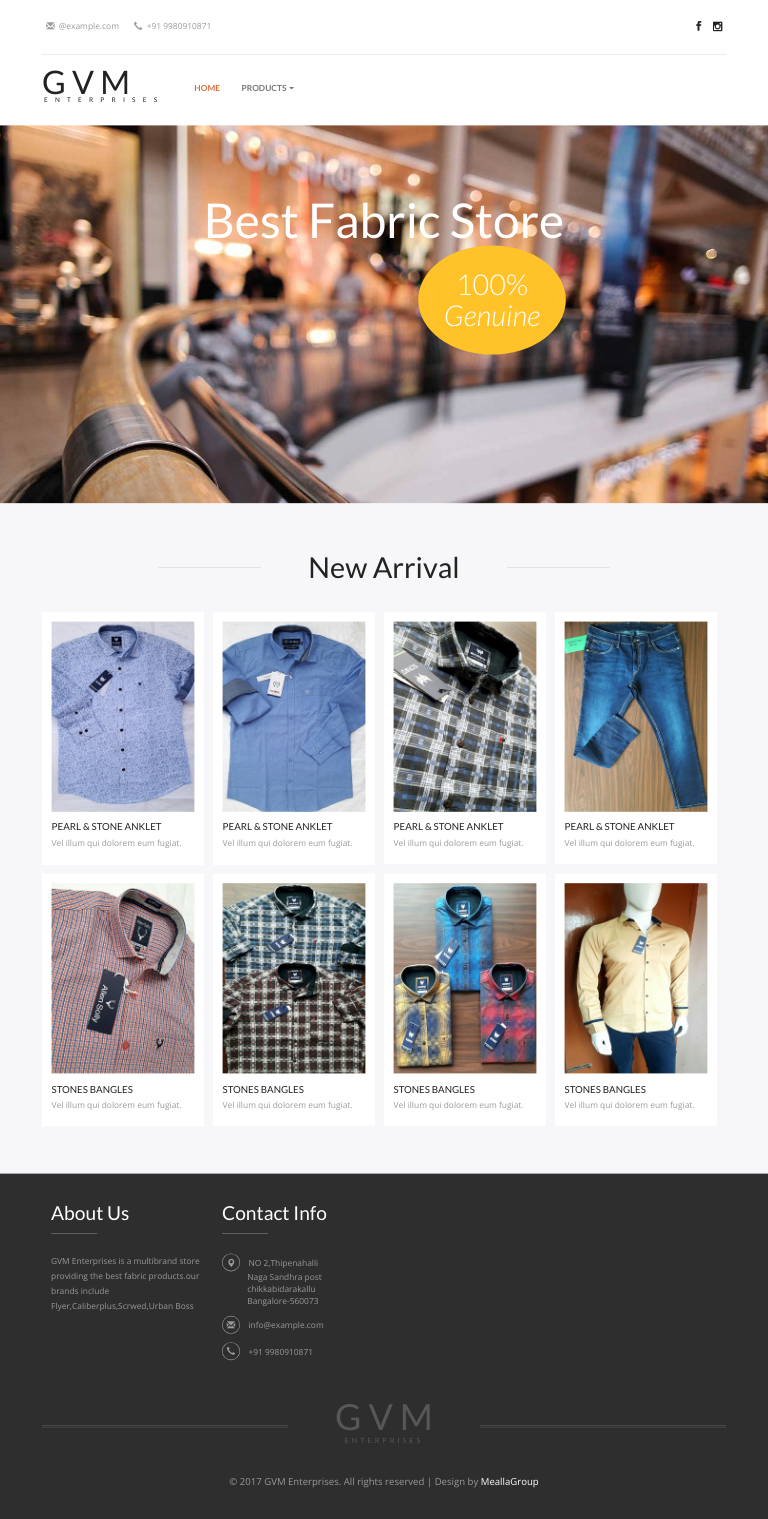
Repository: vinodmealla/flyerworkspace
Page: com.gvm.websample1/src/main/webapp/WEB-INF/index.html
These files come from the project's save history. The page is drawn as it stood at one moment and after the next save; the edit follows.
The browser window is 1280 px wide. The pictures show the whole page, at 60% of full size.

Above is the page before, as saved 2017-10-04 04:50:07.
Console error: SyntaxError: Unexpected token '('

### com.gvm.websample1/src/main/webapp/WEB-INF/index.html
<!--
Author: W3layouts
Author URL: http://w3layouts.com
License: Creative Commons Attribution 3.0 Unported
License URL: http://creativecommons.org/licenses/by/3.0/
-->
<!DOCTYPE html>
<html>
<head>
<title>Best Store a Ecommerce Online Shopping Category Flat Bootstrap Responsive Website Template | Home :: w3layouts</title>
<!-- for-mobile-apps -->
<meta name="viewport" content="width=device-width, initial-scale=1">
<meta http-equiv="Content-Type" content="text/html; charset=utf-8" />
<meta name="keywords" content="Best Store Responsive web template, Bootstrap Web Templates, Flat Web Templates, Android Compatible web template,
Smartphone Compatible web template, free webdesigns for Nokia, Samsung, LG, SonyEricsson, Motorola web design" />
<script type="application/x-javascript"> addEventListener("load", function() { setTimeout(hideURLbar, 0); }, false);
		function hideURLbar(){ window.scrollTo(0,1); } </script>
<!-- //for-mobile-apps -->
<link href="css/bootstrap.css" rel="stylesheet" type="text/css" media="all" />
<link href="css/style.css" rel="stylesheet" type="text/css" media="all" />
<!-- js -->
<script src="js/jquery.min.js"></script>
<!-- //js -->
<!-- cart -->
<script src="js/simpleCart.min.js"></script>
<!-- cart -->
<!-- for bootstrap working -->
<script type="text/javascript" src="js/bootstrap-3.1.1.min.js"></script>
<!-- //for bootstrap working -->
<link href='//fonts.googleapis.com/css?family=Open+Sans:400,300,300italic,400italic,600,600italic,700,700italic,800,800italic' rel='stylesheet' type='text/css'>
<link href='//fonts.googleapis.com/css?family=Lato:400,100,100italic,300,300italic,400italic,700,700italic,900,900italic' rel='stylesheet' type='text/css'>
<!-- timer -->
<link rel="stylesheet" href="css/jquery.countdown.css" />
<!-- //timer -->
<!-- animation-effect -->
<link href="css/animate.min.css" rel="stylesheet">
<script src="js/wow.min.js"></script>
<script>
 new WOW().init();
</script>
<!-- //animation-effect -->
</head>

<body>
<!-- header -->
	<div class="header">
		<div class="container">
			<div class="header-grid">
				<div class="header-grid-left animated wow slideInLeft" data-wow-delay=".5s">
					<ul>
						<li><i class="glyphicon glyphicon-envelope" aria-hidden="true"></i><a href="mailto:info@example.com">@example.com</a></li>
						<li><i class="glyphicon glyphicon-earphone" aria-hidden="true"></i>+91 9980910871</li>
					</ul>
				</div>
				<div class="header-grid-right animated wow slideInRight" data-wow-delay=".5s">
					<ul class="social-icons">
						<li><a href="#" class="facebook"></a></li>
						<li><a href="#" class="instagram"></a></li>
					</ul>
				</div>
				<div class="clearfix"> </div>
			</div>
			<div class="logo-nav">
				<div class="logo-nav-left animated wow zoomIn" data-wow-delay=".5s">
					<h1><a href="index.html">G V M<span>Enterprises</span></a></h1>
				</div>
				<div class="logo-nav-left1">
					<nav class="navbar navbar-default">
					<!-- Brand and toggle get grouped for better mobile display -->
					<div class="navbar-header nav_2">
						<button type="button" class="navbar-toggle collapsed navbar-toggle1" data-toggle="collapse" data-target="#bs-megadropdown-tabs">
							<span class="sr-only">Toggle navigation</span>
							<span class="icon-bar"></span>
							<span class="icon-bar"></span>
							<span class="icon-bar"></span>
						</button>
					</div>
					<div class="collapse navbar-collapse" id="bs-megadropdown-tabs">
						<ul class="nav navbar-nav">
							<li class="active"><a href="index.html" class="act">Home</a></li>
							<!-- Mega Menu -->
							<li class="dropdown">
								<a href="#" class="dropdown-toggle" data-toggle="dropdown">Products <b class="caret"></b></a>
								<ul class="dropdown-menu multi-column columns-3">
									<div class="row">
										<div class="col-sm-4">
											<ul class="multi-column-dropdown">
												<h6>Men's Wear</h6>
												<li><a href="products.html">Clothing</a></li>

											</ul>
										</div>
									<!-- 	<div class="col-sm-4">
											<ul class="multi-column-dropdown">
												<h6>Women's Wear</h6>
												<li><a href="products.html">Clothing</a></li>
												<li><a href="products.html">Wallets,Bags</a></li>
												<li><a href="products.html">Footwear</a></li>
												<li><a href="products.html">Watches</a></li>
												<li><a href="products.html">Accessories</a></li>
												<li><a href="products.html">Jewellery</a></li>
												<li><a href="products.html">Beauty & Grooming</a></li>
											</ul>
										</div> -->
									<!-- 	<div class="col-sm-4">
											<ul class="multi-column-dropdown">
												<h6>Kid's Wear</h6>
												<li><a href="products.html">Kids Home Fashion</a></li>
												<li><a href="products.html">Boy's Clothing</a></li>
												<li><a href="products.html">Girl's Clothing</a></li>
												<li><a href="products.html">Shoes</a></li>
												<li><a href="products.html">Brand Stores</a></li>
											</ul>
										</div> -->
										<div class="clearfix"></div>
									</div>
								</ul>
							</li>
						<!-- 	<li class="dropdown">
								<a href="#" class="dropdown-toggle" data-toggle="dropdown">Furniture <b class="caret"></b></a>
								<ul class="dropdown-menu multi-column columns-3">
									<div class="row">
										<div class="col-sm-4">
											<ul class="multi-column-dropdown">
												<h6>Home Collection</h6>
												<li><a href="furniture.html">Cookware</a></li>
												<li><a href="furniture.html">Sofas</a></li>
												<li><a href="furniture.html">Dining Tables</a></li>
												<li><a href="furniture.html">Shoe Racks</a></li>
												<li><a href="furniture.html">Home Decor</a></li>
											</ul>
										</div>
										<div class="col-sm-4">
											<ul class="multi-column-dropdown">
												<h6>Office Collection</h6>
												<li><a href="furniture.html">Carpets</a></li>
												<li><a href="furniture.html">Tables</a></li>
												<li><a href="furniture.html">Sofas</a></li>
												<li><a href="furniture.html">Shoe Racks</a></li>
												<li><a href="furniture.html">Sockets</a></li>
												<li><a href="furniture.html">Electrical Machines</a></li>
											</ul>
										</div>
										<div class="col-sm-4">
											<ul class="multi-column-dropdown">
												<h6>Decorations</h6>
												<li><a href="furniture.html">Toys</a></li>
												<li><a href="furniture.html">Wall Clock</a></li>
												<li><a href="furniture.html">Lighting</a></li>
												<li><a href="furniture.html">Top Brands</a></li>
											</ul>
										</div>
										<div class="clearfix"></div>
									</div>
								</ul>
							</li> -->
							<!-- <li><a href="short-codes.html">Short Codes</a></li>
							<li><a href="mail.html">Mail Us</a></li> -->
						</ul>
					</div>
					</nav>
				</div>
				<div class="logo-nav-right">
					<div class="search-box">
					<!-- 	<div id="sb-search" class="sb-search">
							<form>
								<input class="sb-search-input" placeholder="Enter your search term..." type="search" id="search">
								<input class="sb-search-submit" type="submit" value="">
								<span class="sb-icon-search"> </span>
							</form>
						</div> -->
					</div>
						<!-- search-scripts -->
						<script src="js/classie.js"></script>
						<!-- <script src="js/uisearch.js"></script>
							<script>
								new UISearch( document.getElementById( 'sb-search' ) );
							</script> -->
						<!-- //search-scripts -->
				</div>
			<!-- 	<div class="header-right">
					<div class="cart box_1">
						<a href="checkout.html">
							<h3> <div class="total">
								<span class="simpleCart_total"></span> (<span id="simpleCart_quantity" class="simpleCart_quantity"></span> items)</div>
								<img src="images/bag.png" alt="" />
							</h3>
						</a>
						<p><a href="javascript:;" class="simpleCart_empty">Empty Cart</a></p>
						<div class="clearfix"> </div>
					</div>
				</div> -->
				<div class="clearfix"> </div>
			</div>
		</div>
	</div>
<!-- //header -->
<!-- banner -->
	<div class="banner">
		<div class="container">
			<div class="banner-info animated wow zoomIn" data-wow-delay=".5s">
				<h3>Best Fabric Store</h3>
				<h4> <span>100% <i>Genuine</i></span></h4>
				<div class="wmuSlider example1">
					<div class="wmuSliderWrapper">
						<article style="position: absolute; width: 100%; opacity: 0;">
							<div class="banner-wrap">
								<div class="banner-info1">
									<p> Causual Shirts  </p>
								</div>
							</div>
						</article>
						<article style="position: absolute; width: 100%; opacity: 0;">
							<div class="banner-wrap">
								<div class="banner-info1">
									<p>Formal Shirts</p>
								</div>
							</div>
						</article>
						<article style="position: absolute; width: 100%; opacity: 0;">
							<div class="banner-wrap">
								<div class="banner-info1">
									<p>All Models Of Jeans</p>
								</div>
							</div>
						</article>
					</div>
				</div>
					<script src="js/jquery.wmuSlider.js"></script>
					<script>
						Rs.('.example1').wmuSlider();
					</script>
			</div>
		</div>
	</div>
<!-- //banner -->
<!-- banner-bottom -->

<!-- //banner-bottom -->
<!-- collections -->
	<div class="new-collections">
		<div class="container">
			<h3 class="animated wow zoomIn" data-wow-delay=".5s">New Arrival</h3>
			<div class="new-collections-grids">
		<div class="col-md-3 new-collections-grid">
					<div class="new-collections-grid1 animated wow slideInUp" data-wow-delay=".5s">
						<div class="new-collections-grid1-image">
							<a href="single.html?img=flyer1.jpg" class="product-image"><img src="images/flyer1.jpg" alt=" " class="img-responsive" /></a>
							<div class="new-collections-grid1-image-pos">
								<a href="single.html?img=flyer1.jpg">Quick View</a>
							</div>
							<div class="new-collections-grid1-right">
								<div class="rating">
									<div class="rating-left">
										<img src="images/2.png" alt=" " class="img-responsive" />
									</div>
									<div class="rating-left">
										<img src="images/2.png" alt=" " class="img-responsive" />
									</div>
									<div class="rating-left">
										<img src="images/2.png" alt=" " class="img-responsive" />
									</div>
									<div class="rating-left">
										<img src="images/1.png" alt=" " class="img-responsive" />
									</div>
									<div class="rating-left">
										<img src="images/1.png" alt=" " class="img-responsive" />
									</div>
									<div class="clearfix"> </div>
								</div>
							</div>
						</div>
						<h4><a href="single.html">Pearl & Stone Anklet</a></h4>
						<p>Vel illum qui dolorem eum fugiat.</p>
						<!-- <div class="new-collections-grid1-left simpleCart_shelfItem">
							<p><i>Rs.180</i> <span class="item_price">Rs.120</span></p>
						</div> -->
					</div>
					<div class="new-collections-grid1 animated wow slideInUp" data-wow-delay=".5s">
						<div class="new-collections-grid1-image">
							<a href="single.html?img=flyer2.jpg" class="product-image"><img src="images/flyer2.jpg" alt=" " class="img-responsive" /></a>
							<div class="new-collections-grid1-image-pos">
								<a href="single.html?img=flyer2.jpg">Quick View</a>
							</div>
							<div class="new-collections-grid1-right">
								<div class="rating">
									<div class="rating-left">
										<img src="images/2.png" alt=" " class="img-responsive" />
									</div>
									<div class="rating-left">
										<img src="images/2.png" alt=" " class="img-responsive" />
									</div>
									<div class="rating-left">
										<img src="images/2.png" alt=" " class="img-responsive" />
									</div>
									<div class="rating-left">
										<img src="images/2.png" alt=" " class="img-responsive" />
									</div>
									<div class="rating-left">
										<img src="images/1.png" alt=" " class="img-responsive" />
									</div>
									<div class="clearfix"> </div>
								</div>
							</div>
						</div>
						<h4><a href="single.html">Stones Bangles</a></h4>
						<p>Vel illum qui dolorem eum fugiat.</p>
						<!-- <div class="new-collections-grid1-left simpleCart_shelfItem">
							<p><i>Rs.340</i> <span class="item_price">Rs.257</span></p>
						</div> -->
					</div>
				</div>

				<div class="col-md-3 new-collections-grid">
					<div class="new-collections-grid1 animated wow slideInUp" data-wow-delay=".5s">
						<div class="new-collections-grid1-image">
							<a href="single.html?img=flyer3.jpg" class="product-image"><img src="images/flyer3.jpg" alt=" " class="img-responsive" /></a>
							<div class="new-collections-grid1-image-pos">
								<a href="single.html?img=flyer3.jpg">Quick View</a>
							</div>
							<div class="new-collections-grid1-right">
								<div class="rating">
									<div class="rating-left">
										<img src="images/2.png" alt=" " class="img-responsive" />
									</div>
									<div class="rating-left">
										<img src="images/2.png" alt=" " class="img-responsive" />
									</div>
									<div class="rating-left">
										<img src="images/2.png" alt=" " class="img-responsive" />
									</div>
									<div class="rating-left">
										<img src="images/1.png" alt=" " class="img-responsive" />
									</div>
									<div class="rating-left">
										<img src="images/1.png" alt=" " class="img-responsive" />
									</div>
									<div class="clearfix"> </div>
								</div>
							</div>
						</div>
						<h4><a href="single.html">Pearl & Stone Anklet</a></h4>
						<p>Vel illum qui dolorem eum fugiat.</p>
						<!-- <div class="new-collections-grid1-left simpleCart_shelfItem">
							<p><i>Rs.180</i> <span class="item_price">Rs.120</span></p>
						</div> -->
					</div>
					<div class="new-collections-grid1 animated wow slideInUp" data-wow-delay=".5s">
						<div class="new-collections-grid1-image">
							<a href="single.html?img=flyer4.jpg" class="product-image"><img src="images/flyer4.jpg" alt=" " class="img-responsive" /></a>
							<div class="new-collections-grid1-image-pos">
								<a href="single.html?img=flyer4.jpg">Quick View</a>
							</div>
							<div class="new-collections-grid1-right">
								<div class="rating">
									<div class="rating-left">
										<img src="images/2.png" alt=" " class="img-responsive" />
									</div>
									<div class="rating-left">
										<img src="images/2.png" alt=" " class="img-responsive" />
									</div>
									<div class="rating-left">
										<img src="images/2.png" alt=" " class="img-responsive" />
									</div>
									<div class="rating-left">
										<img src="images/2.png" alt=" " class="img-responsive" />
									</div>
									<div class="rating-left">
										<img src="images/1.png" alt=" " class="img-responsive" />
									</div>
									<div class="clearfix"> </div>
								</div>
							</div>
						</div>
						<h4><a href="single.html">Stones Bangles</a></h4>
						<p>Vel illum qui dolorem eum fugiat.</p>
						<!-- <div class="new-collections-grid1-left simpleCart_shelfItem">
							<p><i>Rs.340</i> <span class="item_price">Rs.257</span></p>
						</div> -->
					</div>
				</div>
				<div class="col-md-3 new-collections-grid">
					<div class="new-collections-grid1 animated wow slideInUp" data-wow-delay=".5s">
						<div class="new-collections-grid1-image">
							<a href="single.html?img=flyer5.jpg" class="product-image"><img src="images/flyer5.jpg" alt=" " class="img-responsive" /></a>
							<div class="new-collections-grid1-image-pos">
								<a href="single.html?img=flyer5.jpg">Quick View</a>
							</div>
							<div class="new-collections-grid1-right">
								<div class="rating">
									<div class="rating-left">
										<img src="images/2.png" alt=" " class="img-responsive" />
									</div>
									<div class="rating-left">
										<img src="images/2.png" alt=" " class="img-responsive" />
									</div>
									<div class="rating-left">
										<img src="images/2.png" alt=" " class="img-responsive" />
									</div>
									<div class="rating-left">
										<img src="images/1.png" alt=" " class="img-responsive" />
									</div>
									<div class="rating-left">
										<img src="images/1.png" alt=" " class="img-responsive" />
									</div>
									<div class="clearfix"> </div>
								</div>
							</div>
						</div>
						<h4><a href="single.html">Pearl & Stone Anklet</a></h4>
						<p>Vel illum qui dolorem eum fugiat.</p>
						<!-- <div class="new-collections-grid1-left simpleCart_shelfItem">
							<p><i>Rs.180</i> <span class="item_price">Rs.120</span></p>
						</div> -->
					</div>
					<div class="new-collections-grid1 animated wow slideInUp" data-wow-delay=".5s">
						<div class="new-collections-grid1-image">
							<a href="single.html?img=flyer6.jpg" class="product-image"><img src="images/flyer6.jpg" alt=" " class="img-responsive" /></a>
							<div class="new-collections-grid1-image-pos">
								<a href="single.html?img=flyer6.jpg">Quick View</a>
							</div>
							<div class="new-collections-grid1-right">
								<div class="rating">
									<div class="rating-left">
										<img src="images/2.png" alt=" " class="img-responsive" />
									</div>
									<div class="rating-left">
										<img src="images/2.png" alt=" " class="img-responsive" />
									</div>
									<div class="rating-left">
										<img src="images/2.png" alt=" " class="img-responsive" />
									</div>
									<div class="rating-left">
										<img src="images/2.png" alt=" " class="img-responsive" />
									</div>
									<div class="rating-left">
										<img src="images/1.png" alt=" " class="img-responsive" />
									</div>
									<div class="clearfix"> </div>
								</div>
							</div>
						</div>
						<h4><a href="single.html">Stones Bangles</a></h4>
						<p>Vel illum qui dolorem eum fugiat.</p>
						<!-- <div class="new-collections-grid1-left simpleCart_shelfItem">
							<p><i>Rs.340</i> <span class="item_price">Rs.257</span></p>
						</div> -->
					</div>
				</div>
				<div class="col-md-3 new-collections-grid">
					<div class="new-collections-grid1 animated wow slideInUp" data-wow-delay=".5s">
						<div class="new-collections-grid1-image">
							<a href="single.html?img=flyer7.jpg" class="product-image"><img src="images/flyer7.jpg" alt=" " class="img-responsive" /></a>
							<div class="new-collections-grid1-image-pos">
								<a href="single.html?img=flyer7.jpg">Quick View</a>
							</div>
							<div class="new-collections-grid1-right">
								<div class="rating">
									<div class="rating-left">
										<img src="images/2.png" alt=" " class="img-responsive" />
									</div>
									<div class="rating-left">
										<img src="images/2.png" alt=" " class="img-responsive" />
									</div>
									<div class="rating-left">
										<img src="images/2.png" alt=" " class="img-responsive" />
									</div>
									<div class="rating-left">
										<img src="images/1.png" alt=" " class="img-responsive" />
									</div>
									<div class="rating-left">
										<img src="images/1.png" alt=" " class="img-responsive" />
									</div>
									<div class="clearfix"> </div>
								</div>
							</div>
						</div>
						<h4><a href="single.html">Pearl & Stone Anklet</a></h4>
						<p>Vel illum qui dolorem eum fugiat.</p>
						<!-- <div class="new-collections-grid1-left simpleCart_shelfItem">
							<p><i>Rs.180</i> <span class="item_price">Rs.120</span></p>
						</div> -->
					</div>
					<div class="new-collections-grid1 animated wow slideInUp" data-wow-delay=".5s">
						<div class="new-collections-grid1-image">
							<a href="single.html?img=flyer8.jpg" class="product-image"><img src="images/flyer8.jpg" alt=" " class="img-responsive" /></a>
							<div class="new-collections-grid1-image-pos">
								<a href="single.html?img=flyer8.jpg">Quick View</a>
							</div>
							<div class="new-collections-grid1-right">
								<div class="rating">
									<div class="rating-left">
										<img src="images/2.png" alt=" " class="img-responsive" />
									</div>
									<div class="rating-left">
										<img src="images/2.png" alt=" " class="img-responsive" />
									</div>
									<div class="rating-left">
										<img src="images/2.png" alt=" " class="img-responsive" />
									</div>
									<div class="rating-left">
										<img src="images/2.png" alt=" " class="img-responsive" />
									</div>
									<div class="rating-left">
										<img src="images/1.png" alt=" " class="img-responsive" />
									</div>
									<div class="clearfix"> </div>
								</div>
							</div>
						</div>
						<h4><a href="single.html">Stones Bangles</a></h4>
						<p>Vel illum qui dolorem eum fugiat.</p>
						<!-- <div class="new-collections-grid1-left simpleCart_shelfItem">
							<p><i>Rs.340</i> <span class="item_price">Rs.257</span></p>
						</div> -->
					</div>
				</div>
				<div class="clearfix"> </div>
			</div>
		</div>
	</div>
<!-- //collections -->
<!-- new-timer -->


<!-- //collections-bottom -->
<!-- footer -->
	<div class="footer">
		<div class="container">
			<div class="footer-grids">
				<div class="col-md-3 footer-grid animated wow slideInLeft" data-wow-delay=".5s">
					<h3>About Us</h3>
					<p>GVM Enterprises is a multibrand store providing the best fabric products.our brands include Flyer,Caliberplus,Scrwed,Urban Boss</span></p>
				</div>
				<div class="col-md-3 footer-grid animated wow slideInLeft" data-wow-delay=".6s">
					<h3>Contact Info</h3>
					<ul>
						<li><i class="glyphicon glyphicon-map-marker" aria-hidden="true"></i>NO 2,Thipenahalli</span><span>Naga Sandhra post</span><span>chikkabidarakallu </span><span>Bangalore-560073</span></li>
						<li><i class="glyphicon glyphicon-envelope" aria-hidden="true"></i><a href="mailto:info@example.com">info@example.com</a></li>
						<li><i class="glyphicon glyphicon-earphone" aria-hidden="true"></i>+91 9980910871</li>
					</ul>
				</div>


				<div class="clearfix"> </div>
			</div>
			<div class="footer-logo animated wow slideInUp" data-wow-delay=".5s">
				<h2><a href="index.html">G V M <span>Enterprises</span></a></h2>
			</div>
			<div class="copy-right animated wow slideInUp" data-wow-delay=".5s">
				<p>&copy 2017 GVM Enterprises. All rights reserved | Design by <a href="http://w3layouts.com/">MeallaGroup</a></p>
			</div>
		</div>
	</div>
<!-- //footer -->
</body>
</html>

Loaded but not shown: com.gvm.websample1/src/main/webapp/WEB-INF/css/bootstrap.css (library); com.gvm.websample1/src/main/webapp/WEB-INF/js/jquery.min.js (library); com.gvm.websample1/src/main/webapp/WEB-INF/js/simpleCart.min.js (library); com.gvm.websample1/src/main/webapp/WEB-INF/js/bootstrap-3.1.1.min.js (library); com.gvm.websample1/src/main/webapp/WEB-INF/css/jquery.countdown.css (common file); com.gvm.websample1/src/main/webapp/WEB-INF/css/animate.min.css (library); com.gvm.websample1/src/main/webapp/WEB-INF/js/wow.min.js (library); com.gvm.websample1/src/main/webapp/WEB-INF/js/classie.js (common file); com.gvm.websample1/src/main/webapp/WEB-INF/js/jquery.wmuSlider.js (library); com.gvm.websample1/src/main/webapp/WEB-INF/css/style.css (3839 lines, source omitted)

After the next save:
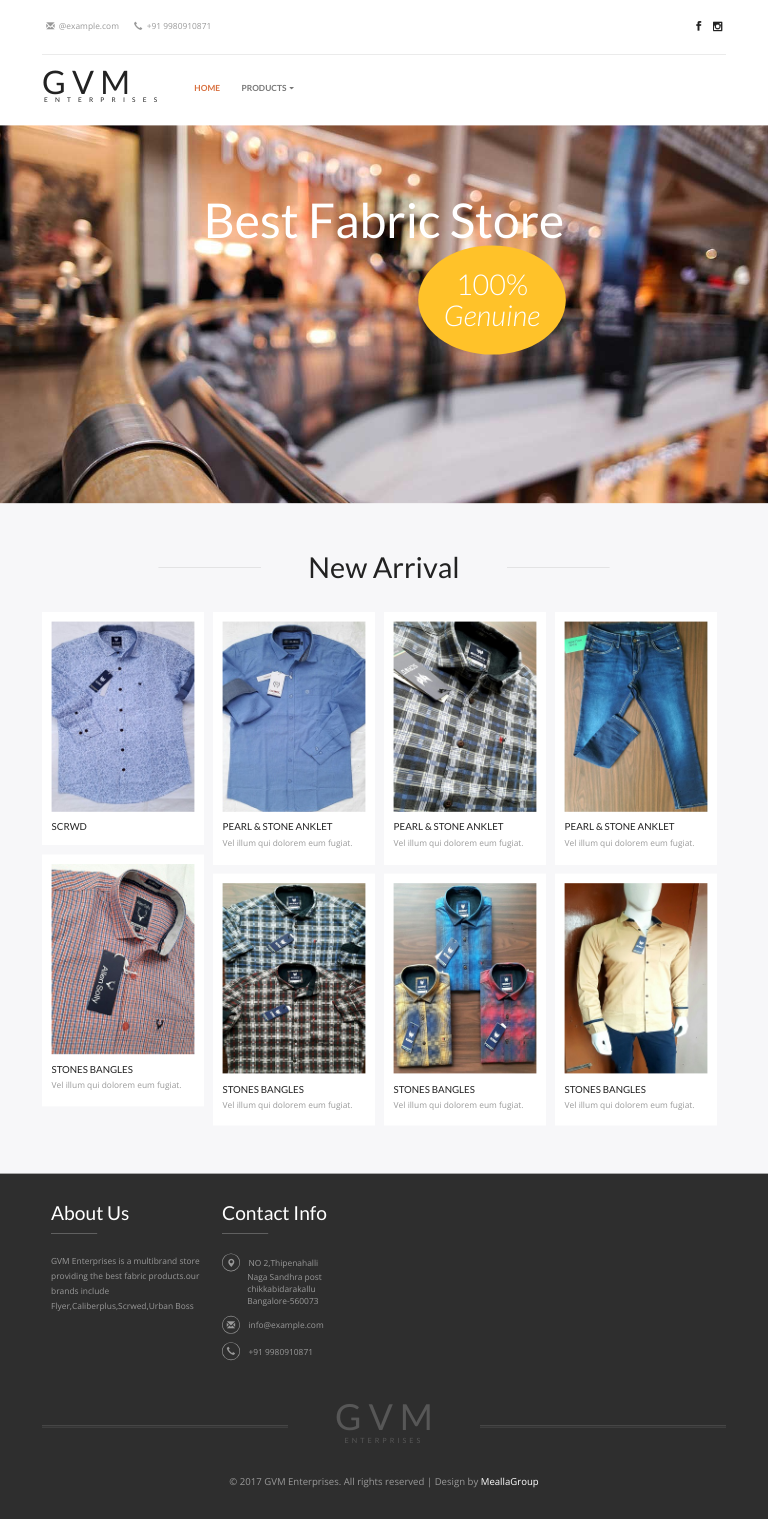
Saved 87 s later.
--- a/com.gvm.websample1/src/main/webapp/WEB-INF/index.html
+++ b/com.gvm.websample1/src/main/webapp/WEB-INF/index.html
@@ -270,8 +270,8 @@
 								</div>
 							</div>
 						</div>
-						<h4><a href="single.html">Pearl & Stone Anklet</a></h4>
-						<p>Vel illum qui dolorem eum fugiat.</p>
+						<h4><a href="single.html">SCRWD</a></h4>
+
 						<!-- <div class="new-collections-grid1-left simpleCart_shelfItem">
 							<p><i>Rs.180</i> <span class="item_price">Rs.120</span></p>
 						</div> -->
